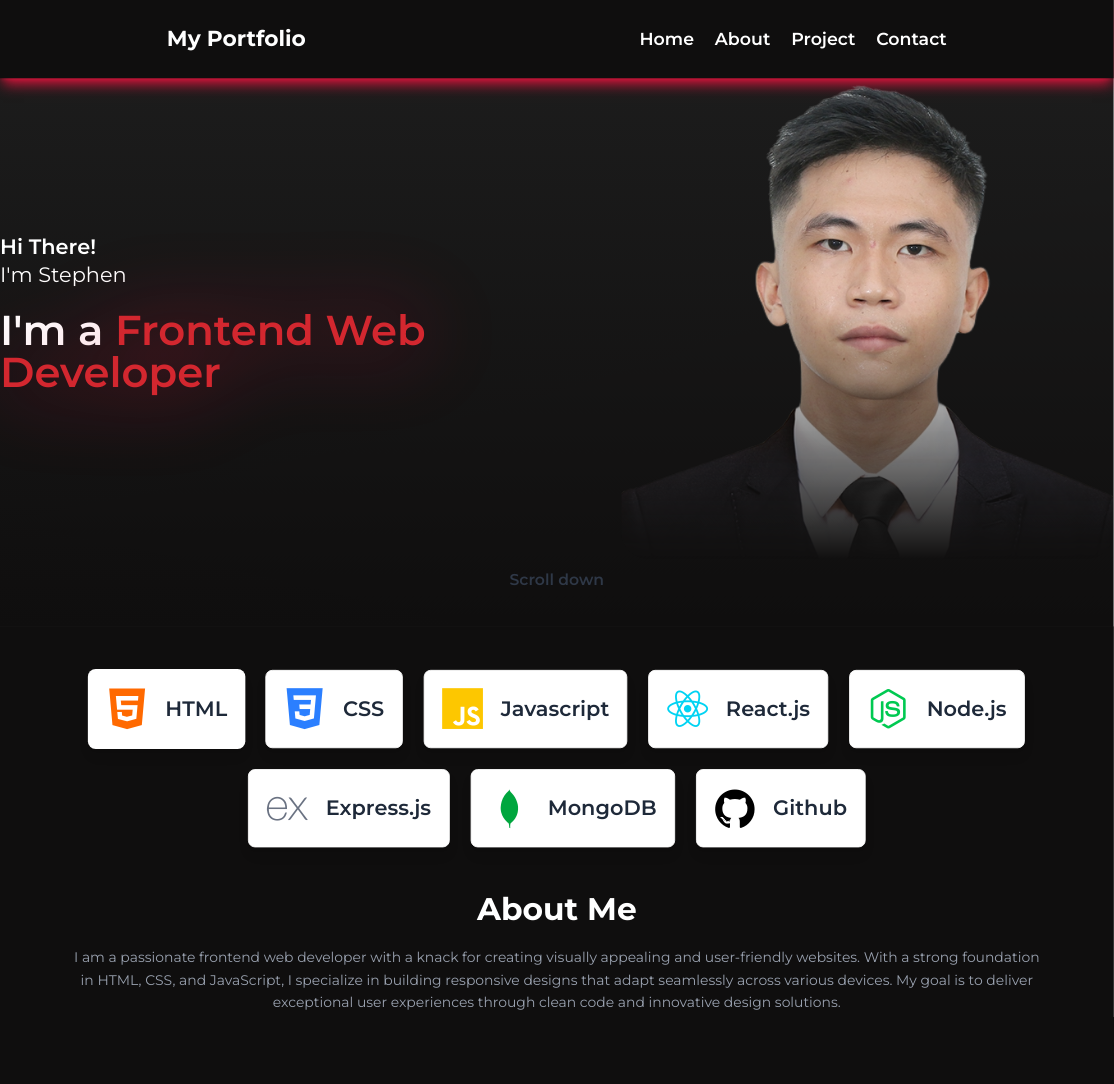
Repository: KaguyaKawaii/portfolio
Page: / (app in frontend/)
An editor plug-in stored every save of this project. The page is shown before and after the next save, followed by the edit.
The browser window is 1280 px wide. The pictures show the whole page, at 87% of full size.
Some web libraries are served in a nearby version. The project was rebuilt for these pictures with package versions that can differ from the ones it lists, and the page was loaded fresh each time. Also part of the build but not shown: frontend/vite.config.js.

Above is the page before, as saved 2025-10-28 22:34:38.

After the next save:
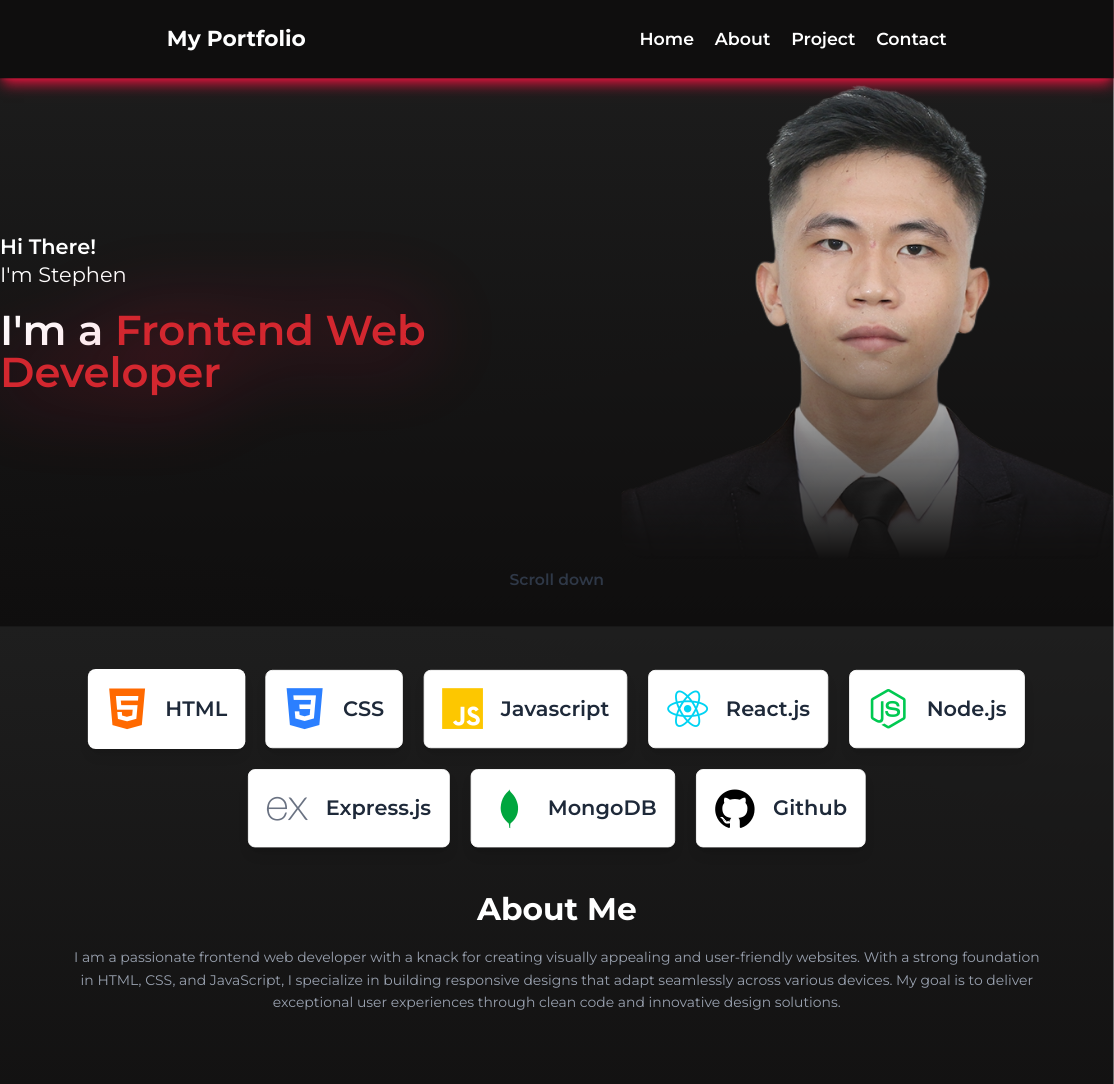
Saved 11 s later.
--- a/frontend/src/App.jsx
+++ b/frontend/src/App.jsx
@@ -50,7 +50,7 @@
         </div>
 
           {/* Body 2 */}
-          <div className='h-full w-full pt-20 pb-20 bg-[#0F0E0E]'>
+          <div className='h-full w-full pt-20 pb-20 '>
 
             <div className='flex gap-6 justify-center items-center h-[20vh] font-semibold text-3xl text-white'>
               <div className="flex flex-wrap gap-6 justify-center">
